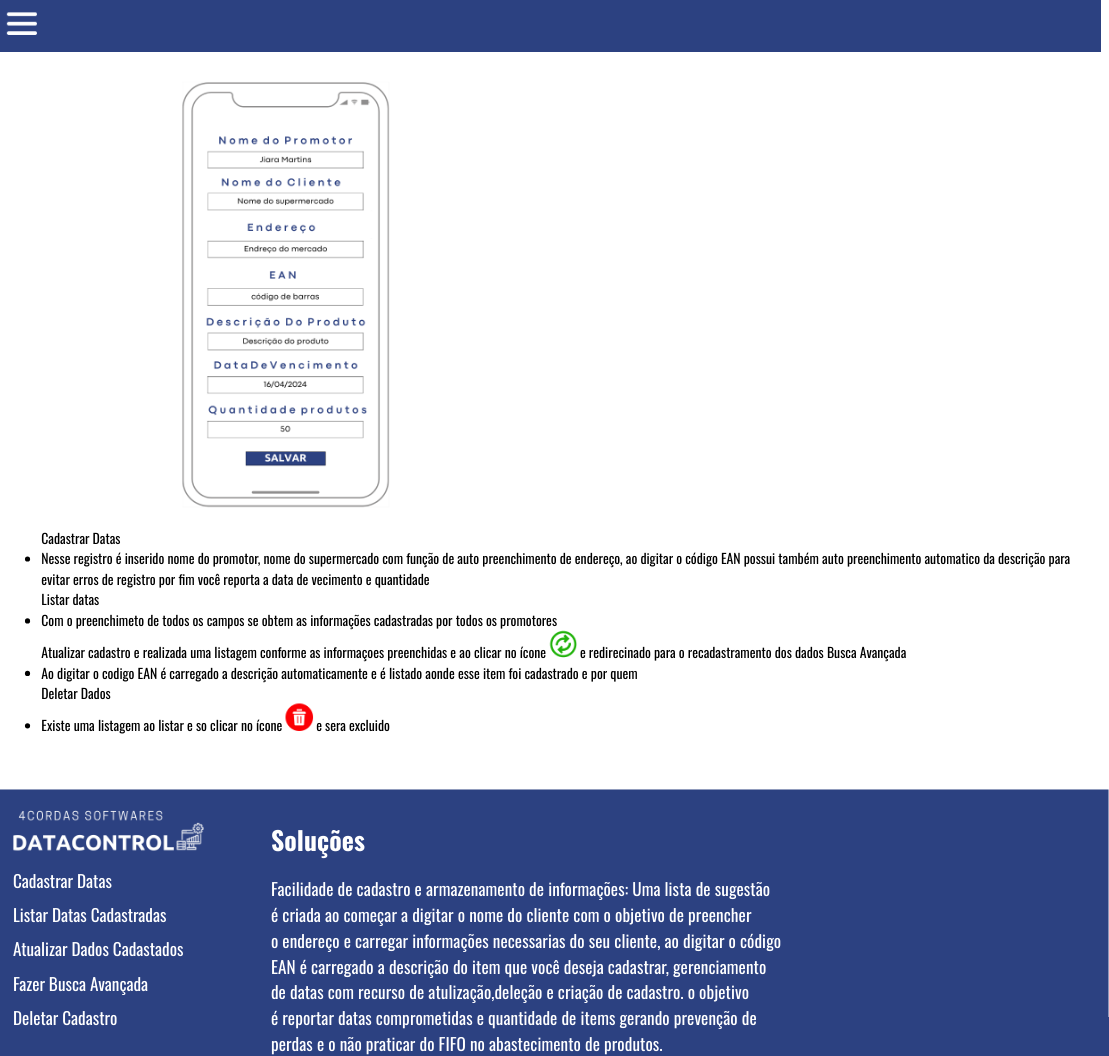
Repository: alfredo-allan/ControleDeDatasFrontEnd
Page: index.html
These files come from the project's save history. The page is drawn as it stood at one moment and after the next save; the edit follows.
The browser window is 1280 px wide. The page is 1289 px wide, so the pictures cover 1289 px, including what lies to the right of the window. The pictures show the whole page, at 86% of full size.

Above is the page before, as saved 2024-04-30 14:24:13.
Console error: TypeError: Cannot read properties of null (reading 'addEventListener')

### index.html
<!DOCTYPE html>
<html lang="pt-BR">
  <head>
    <meta charset="UTF-8" />
    <meta name="viewport" content="width=device-width, initial-scale=1.0" />
    <link rel="stylesheet" href="./style/style.css" />
    <link rel="preconnect" href="https://fonts.googleapis.com" />
    <link rel="preconnect" href="https://fonts.gstatic.com" crossorigin />
    <link
      href="https://fonts.googleapis.com/css2?family=Oswald:wght@200..700&display=swap"
      rel="stylesheet"
    />
    <title>Controle de Datas</title>
  </head>
  <body>
    <div class="header">
      <div id="menu-icon">
        <img id="icon-menu" src="./images/barra-de-menu.png" alt="" />
      </div>
      <div id="titulo">
        <!-- <h1>Controle De Datas</h1> -->
      </div>
      <div id="menu-options">
        <ul>
          <!-- <img id="usuario" src="./images/usuario-exemplo.jpg" alt="" /> -->
          <a href="pages/cadastro.html"><li>Cadastrar Datas</li></a>
          <a href="pages/listagem.html"><li>Listar Datas</li></a>
          <a href="pages/atualizar.html"><li>Atualizar Cadastro</li></a>
          <a href="pages/buscaavancada.html"><li>Busca Avançada</li></a>
          <a href="pages/deletar.html"><li>Deletar Dados</li></a>
        </ul>
      </div>
    </div>
    <img id="instrucao" src="./images/CadastrarDatas.png" alt="">
    <div class="coluna">
    <ul>
      <span>Cadastrar Datas</span>
      <li>Nesse registro é inserido nome do promotor, nome do supermercado com função de auto preenchimento de endereço, ao digitar o código EAN possui também auto preenchimento automatico da descrição para evitar erros de registro por fim você reporta a data de vecimento e quantidade</li>
      <span>Listar datas</span>
      <li>Com o preenchimeto de todos os campos se  obtem as informações cadastradas por todos os promotores</li>
      <span>Atualizar cadastro e realizada uma listagem conforme as informaçoes preenchidas e ao clicar no ícone <img src="./images/repetir.png" alt=""> e redirecinado para o recadastramento dos dados</span>
      <span>Busca Avançada</span>
      <li>Ao digitar o codigo EAN é carregado a descrição automaticamente e é listado aonde esse item foi cadastrado e por quem</li>
      <span>Deletar Dados</span>
      <li>Existe uma listagem ao listar e so clicar no ícone <img src="./images/excluir.png" alt=""> e sera excluido</li>
    </ul>
    </div>
    </div>
    <div class="footer">
      <div id="mapa" class="col-sm-6">
        <img id="tootext" src="./images/data.png" alt="" />
        <ul id="mapadosite">
          <a href="./pages/cadastro.html"><li>Cadastrar Datas</li></a>
          <a href="./pages/listagem.html"><li>Listar Datas Cadastradas</li></a>
          <a href="./pages/atualizar.html"
            ><li>Atualizar Dados Cadastados</li></a
          >
          <a href="./pages/buscaavancada.html"><li>Fazer Busca Avançada</li></a>
          <a href="./pages/deletar.html"><li>Deletar Cadastro</li></a>
        </ul>
      </div>
      <div id="solucao" class="col-sm-6">
        <span>Soluções</span>
        <p>
          Facilidade de cadastro e armazenamento de informações: Uma lista de
          sugestão <br />
          é criada ao começar a digitar o nome do cliente com o objetivo de
          preencher <br />
          o endereço e carregar informações necessarias do seu cliente, ao
          digitar o código <br />
          EAN é carregado a descrição do item que você deseja cadastrar,
          gerenciamento <br />
          de datas com recurso de atulização,deleção e criação de cadastro. o
          objetivo <br />
          é reportar datas comprometidas e quantidade de items gerando prevenção
          de <br />
          perdas e o não praticar do FIFO no abastecimento de produtos.
        </p>
      </div>
    </div>
  </body>
  <script src="./js/script.js"></script>
</html>

### style/style.css
:root {
  --cor-azul: rgb(44, 65, 129);
  --oswald-font: "Oswald", sans-serif;
  --luthier-font: "Luthier";
}

body {
  font-family: var(--oswald-font);
}

@font-face {
  font-family: "Luthier";
  src: url("../fonts/LuthierFF/Luthier-Regular.ttf") format("truetype");
  /* Adicione mais formatos (e.g. woff, woff2) conforme necessário */
}

#titulo h1 {
  font-family: var(--luthier-font);
  letter-spacing: 3px;
  font-weight: 900;
  color: white;
  margin-top: -30px;
  margin-left: 55px;
}

.column {
  display: flex;
  flex-direction: column;
  align-items: center;
  padding: 10px 20px 15px 15px;
  border: 1px solid #ccc;
  border-radius: 5px;
  width: 300px;
  margin: 0 auto;
  span {
    font-weight: 900;
    font-family: var(--luthier-font);
    letter-spacing: 3px;
    margin-bottom: 10px;
    color: var(--cor-azul);
  }
}

#logo img {
  margin-top: 200px;
  width: 250px;
  margin-left: 50px;
}

#logo {
  h1 {
    text-align: center;
    text-wrap: nowrap;
    font-size: 25px;
    font-family: var(--oswald-font);
    font-weight: 900;
    letter-spacing: 2px;
    color: var(--cor-azul);
  }
}

#form {
  margin-top: 80px;
}

input {
  margin-bottom: 5px;
  padding: 5px;
  width: 100%;
  box-sizing: border-box;
  font-weight: 600;
  margin-bottom: 10px;
}

input::placeholder {
  text-align: center;
  color: gray;
  font-family: var(--oswald-font);
  font-weight: 400;
}

input:focus {
  outline-color: var(--cor-azul); /* Altere a cor aqui */
}

.header {
  position: fixed;
  top: 0;
  left: 0;
  width: 100%;
  height: 60px;
  background-color: var(--cor-azul);
}

#icon-menu {
  width: 35px;
  margin-top: 10px;
  z-index: 1;
  margin-left: 8px;
  cursor: pointer;
}

#menu-options ul {
  list-style: none;
  padding: 0;
  margin-left: 5px;
  font-size: 20px;
  font-weight: 500;
  text-wrap: nowrap;
  font-family: var(--oswald-font);
  z-index: 999;
}

#menu-options ul li {
  padding: 10px;
  letter-spacing: 2px;
  cursor: pointer;
  z-index: 999;
}

a {
  text-decoration: none; /* Remove sublinhado */
  color: inherit; /* Mantém a cor padrão do texto */
  /* Adicione quaisquer outros estilos desejados para o link */
}

#menu-options {
  display: none;
  position: absolute;
  top: 0;
  left: 0;
  margin-top: 60px;
  width: 55%;
  height: 41vh;
  border-bottom-right-radius: 15px;
  background-color: var(--cor-azul);
  color: white;
  font-family: var(--oswald-font);
  font-weight: 900;
  z-index: 999;
}

button {
  text-align: center;
  width: 110px;
  height: 30px;
  padding: 6px 30px;
  background-color: rgba(44, 65, 129, 0.897);
  border-radius: 5px;
  color: white;
  border: none;
  border-radius: 5px;
  cursor: pointer;
  font-family: var(--oswald-font);
}

button:focus {
  outline: 2px solid var(--cor-azul);
}

.footer {
  width: 102%;
  position: relative;
  margin-top: 5%;
  margin-left: -8px;
  margin-bottom: -20px;
  background-color: var(--cor-azul);
}

.footer img {
  width: 300px;
  height: 60px;
  margin-top: 2px;
  cursor: pointer;
  margin-left: 10px;
}

#autocomplete-list-id {
  background-color: #f1f1f1;
  border: 1px solid #d4d4d4;
  color: var(--cor-azul);
  border-top: none;
  max-height: 200px;
  overflow-y: auto;
  position: absolute;
  /* z-index: 999; */
  margin-top: -10px;
  margin-left: 60px;
}

.autocomplete-items div {
  padding: 10px;
  cursor: pointer;
  background-color: #fff;
  border-bottom: 1px solid #d4d4d4;
}

.autocomplete-items div:hover {
  background-color: #e9e9e9;
}

.autocomplete-items div strong {
  font-weight: bold;
}

#data-list {
  margin: 0 auto;
  left: 50%;
  transform: translateX(-50%);
  margin: 0 auto;
  left: 50%;
  top: 60%;
  transform: translate(-50%, -50%);
  /* border: 1px solid var(--cor-azul); */
  color: var(--cor-azul);
  border-radius: 5px;
  max-height: 330px;
  overflow-y: auto;
  position: absolute;
  z-index: -1;
  margin-top: 110px;
  margin-left: 0px;
  width: 336px;
  list-style: none;
  .name {
    font-family: var(--oswald-font);
    font-weight: 900;
    font-size: 17px;
  }
  .item {
    font-family: var(--oswald-font);
    font-weight: 500;
    font-size: 15;
    color: rgb(0, 0, 0);
  }
}

/* #promotor {
  line-height: 60px;
} */

#data-list {
  /* Estilos do elemento #data-list */
  /* Defina outras propriedades conforme necessário */

  scrollbar-color: var(--cor-azul) var(--cor-azul); /* Cor da barra de rolagem e do fundo da barra */
}

#data-list::-webkit-scrollbar {
  width: 10px; /* Largura da barra de rolagem */
}

#data-list::-webkit-scrollbar-thumb {
  background-color: white; /* Cor da barra de rolagem */
  border-radius: 5px; /* Raio de borda da barra de rolagem */
}

#texto-descritivo {
  text-align: justify;
  margin-top: 200px;
  position: fixed;
  font-family: var(--luthier-font);
  letter-spacing: 3px;
  line-height: 2;
  margin-right: 8px;
  font-weight: 900;
  color: var(--cor-azul);
}

#del {
  width: 25px;
  margin: -4px;
  margin-left: 20px;
}

#atualizar {
  width: 25px;
  margin: -5px;
  margin-left: 20px;
}

.video {
  width: 100%;
  height: 100vh; /* Altura ocupando toda a tela */
}

.video video {
  position: fixed;
  top: 0;
  left: 0;
  width: 100%;
  height: 20%;
  object-fit: cover;
  margin-top: 52px;
}

.modal {
  display: none; /* Escondido por padrão */
  position: fixed;
  z-index: 1;
  left: 0;
  top: 0;
  width: 100%;
  height: 100%;
  overflow: auto;
  background-color: rgba(0, 0, 0, 0.4);
}

.modal-content {
  background-color: #fefefe;
  margin: 15% auto;
  padding: 20px;
  border: 2px solid #888;
  width: 80%;
  border-radius: 10px;
  p {
    text-align: center;
    font-family: var(--luthier-font);
    letter-spacing: 3px;
    font-weight: 600;
    color: var(--cor-azul);
  }
}

.close {
  color: #aaa;
  float: right;
  font-size: 28px;
  font-weight: bold;
}

.close:hover,
.close:focus {
  color: black;
  text-decoration: none;
  cursor: pointer;
}

#modalbtn {
  text-align: center;
}

#confirmButton {
  margin-right: 5px;
}

#tootext {
  margin-left: -40px;
  margin-top: 20px;
}

#mapadosite {
  font-family: var(--oswald-font);
  list-style: none;
  margin-top: 0px;
  line-height: 40px;
  text-align: left;
  margin-left: -25px;
  color: white;
  font-size: 20px;
}

#mapa {
  text-align: left;
}

#solucao {
  margin-top: -270px;
  margin-left: 315px;
  font-family: var(--oswald-font);
  letter-spacing: 0.1px;
  color: white;
  span {
    font-size: 30px;
    font-weight: 900;
  }
  p {
    font-size: 20px;
    text-align: left;
  }
}

@media (min-width: 310px) and (max-width: 580px) {
  #solucao {
    margin-top: -10px;
    margin-left: -200px;
    text-align: center;
  }
}

@media (min-width: 310px) and (max-width: 580px) {
  #solucao span {
    margin-left: -30px;
  }
}

@media (min-width: 310px) and (max-width: 580px) {
  #solucao p {
    font-size: 20px;
    text-align: left;
    margin-left: 215px;
  }
}

@media (min-width: 310px) and (max-width: 580px) {
  .footer {
    margin-top: 20%;
    position: absolute;
    margin-left: -8px;
    width: 100%;
    margin-bottom: 0px;
  }
}

.footer_pg {
  position: fixed;
  left: 0;
  bottom: 0;
  width: 100%;
  height: 60px;
  background-color: var(--cor-azul);
}

@media (min-width: 310px) and (max-width: 580px) {
  .footer_pg img {
    margin-left: auto;
    margin-right: auto;
    display: block;
  }
}

#instrucao {
  margin-top: 80px;
  width: 250px;
  margin-left: 200px;
}

@media (min-width: 500px) and (max-width: 1200px) {
  #instrucao {
    margin-left: 20px;
  }
}

### js/script.js
document.addEventListener("DOMContentLoaded", function () {
  carregarDados();

  document
    .getElementById("data-vencimento")
    .addEventListener("input", formatarData);

  document.getElementById("ean").addEventListener("input", function () {
    var eanSelecionado = document.getElementById("ean").value;
    preencherDescricaoPorEAN(eanSelecionado);
  });
});

function formatarData() {
  let inputData = document.getElementById("data-vencimento").value;

  let dataFormatada = inputData.replace(/^(\d{2})(\d{2})(\d{2})$/, "$1/$2/$3");

  document.getElementById("data-vencimento").value = dataFormatada;
}

function preencherDescricaoPorEAN(ean) {
  fetch("../frutap.json")
    .then((response) => response.json())
    .then((data) => {
      const mercados = data.mercados;

      for (let mercado of mercados) {
        const produto = mercado.produtos.find(
          (produto) => produto.codigoEAN === ean
        );
        if (produto) {
          document.getElementById("descricao-produto").value =
            produto.descricao;
          return; // Encerra o loop assim que encontrar o produto correspondente
        }
      }

      // Se não encontrou nenhum produto com o código EAN correspondente
      document.getElementById("descricao-produto").value =
        "Produto não encontrado";
    })
    .catch((error) => {
      console.error("Erro ao carregar os dados do arquivo JSON:", error);
    });
}

function carregarDados() {
  fetch("../frutap.json")
    .then((response) => {
      if (response.ok) {
        return response.json();
      } else {
        throw new Error("Erro ao carregar os dados");
      }
    })
    .then((data) => {
      if (data && data.mercados) {
        const mercados = data.mercados.map((mercado) => mercado.nome);
        const codigosEAN = data.mercados.map((mercado) => mercado.codigoEAN);
        const enderecos = data.mercados.map((mercado) => mercado.endereco);

        autocomplete(document.getElementById("nome-cliente"), mercados, data);
        autocomplete(document.getElementById("ean"), codigosEAN);
        autocomplete(
          document.getElementById("endereco-cliente"),
          enderecos,
          data
        );
      } else {
        console.error("Formato de dados inválido");
      }
    })
    .catch((error) => {
      console.error("Erro ao carregar os dados do arquivo JSON:", error);
    });
}
function autocomplete(inp, arr, data) {
  var currentFocus;

  inp.addEventListener("input", function (e) {
    var a,
      b,
      i,
      val = this.value;
    closeAllLists();
    if (!val) {
      return false;
    }
    currentFocus = -1;
    a = document.createElement("DIV");
    a.setAttribute("id", "autocomplete-list-id");
    a.setAttribute("class", "autocomplete-items");
    this.parentNode.appendChild(a);
    for (i = 0; i < arr.length; i++) {
      if (
        arr[i] &&
        arr[i].substr(0, val.length).toUpperCase() == val.toUpperCase()
      ) {
        b = document.createElement("DIV");
        b.innerHTML = "<strong>" + arr[i].substr(0, val.length) + "</strong>";
        b.innerHTML += arr[i].substr(val.length);
        b.innerHTML += "<input type='hidden' value='" + arr[i] + "'>";
        b.addEventListener("click", function (e) {
          inp.value = this.getElementsByTagName("input")[0].value;
          closeAllLists();
          // Preencher o campo de Endereço do mercado ao selecionar o nome do mercado
          var selectedMarket = this.getElementsByTagName("input")[0].value;
          var mercadoSelecionado = data.mercados.find(
            (mercado) => mercado.nome === selectedMarket
          );
          if (mercadoSelecionado) {
            var enderecoCompleto =
              mercadoSelecionado.endereco.rua +
              ", " +
              mercadoSelecionado.endereco.bairro +
              ", " +
              mercadoSelecionado.endereco.cidade +
              ", " +
              mercadoSelecionado.endereco.estado;
            document.getElementById("endereco-cliente").value =
              enderecoCompleto;
          }
        });
        a.appendChild(b);
      }
    }
  });

  function closeAllLists(elmnt) {
    var x = document.getElementsByClassName("autocomplete-items");
    for (var i = 0; i < x.length; i++) {
      if (elmnt != x[i] && elmnt != inp) {
        x[i].parentNode.removeChild(x[i]);
      }
    }
  }

  document.addEventListener("click", function (e) {
    closeAllLists(e.target);
  });
}

const menuIcon = document.getElementById("menu-icon");
const menuOptions = document.getElementById("menu-options");

menuIcon.addEventListener("click", function () {
  if (menuOptions.style.display === "none") {
    menuOptions.style.display = "block";
  } else {
    menuOptions.style.display = "none";
  }
});

document.getElementById("btn-salvar").addEventListener("click", function () {
  const nomePromotor = document.getElementById("nome-promotor").value;
  const nomeCliente = document.getElementById("nome-cliente").value;
  const enderecoCliente = document.getElementById("endereco-cliente").value;
  const ean = document.getElementById("ean").value;
  const descricaoProduto = document.getElementById("descricao-produto").value;
  const dataVencimento = document.getElementById("data-vencimento").value;
  const quantidadeProdutos = document.getElementById(
    "quantidade-produtos"
  ).value;

  fetch("https://v1controledatas.pythonanywhere.com/salvar-dados", {
    method: "POST",
    headers: {
      "Content-Type": "application/json",
    },
    body: JSON.stringify({
      nomePromotor: nomePromotor,
      nomeCliente: nomeCliente,
      enderecoCliente: enderecoCliente,
      ean: ean,
      descricaoProduto: descricaoProduto,
      dataVencimento: dataVencimento,
      quantidadeProdutos: quantidadeProdutos,
    }),
  })
    .then((response) => {
      if (response.ok) {
        // alert("Dados salvos com sucesso!");
      } else {
        throw new Error("Erro ao salvar os dados");
      }
    })
    .catch((error) => {
      console.error("Erro ao salvar os dados:", error);
    });
});

// Selecionando o botão de fechar e o modal

Loaded but not shown: frutap.json (455 lines, source omitted)

After the next save:
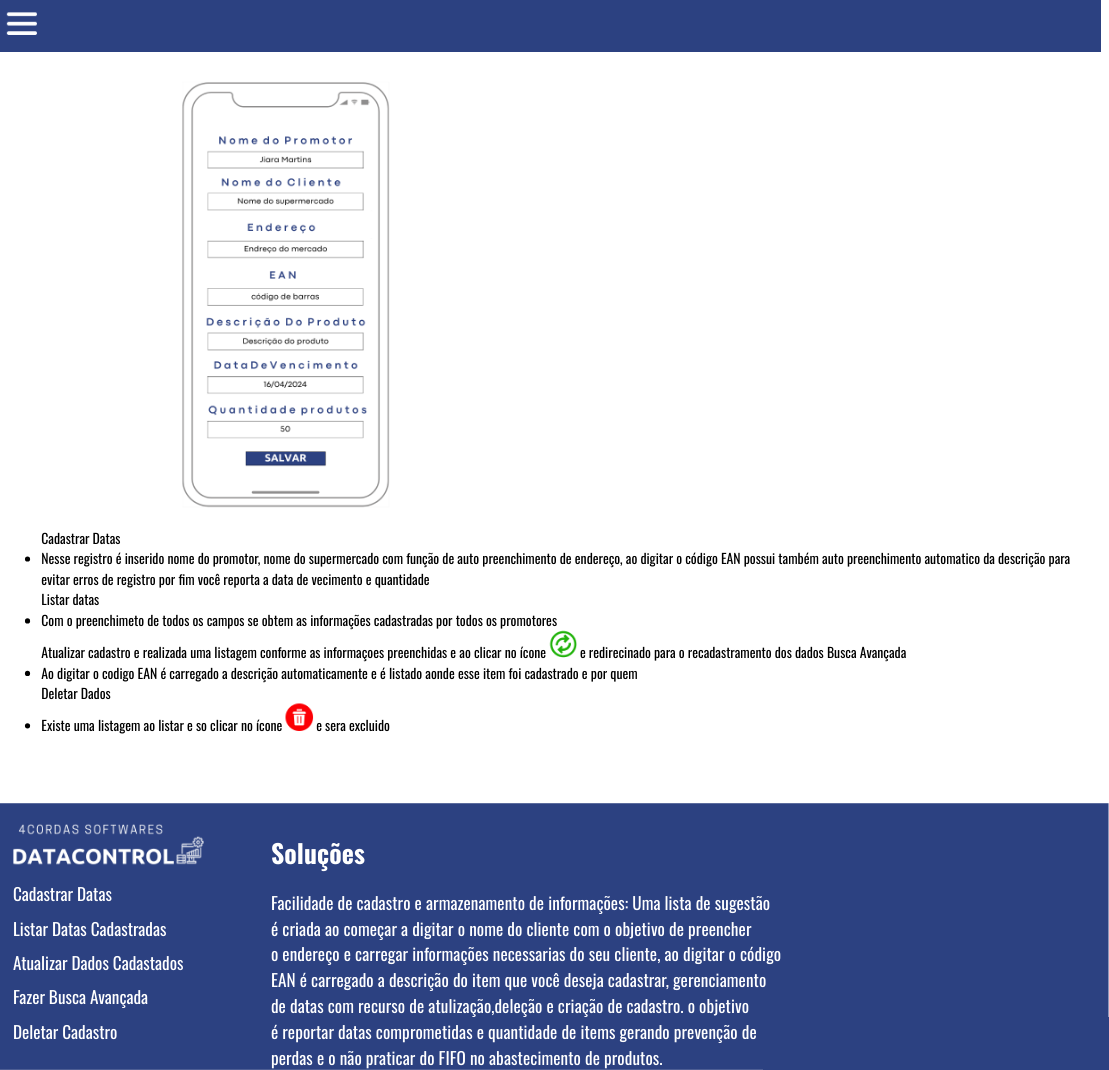
Saved 21 s later.
--- a/style/style.css
+++ b/style/style.css
@@ -440,3 +440,9 @@ button:focus {
     margin-left: 20px;
   }
 }
+
+.coluna {
+  display: flex;
+  flex-direction: column;
+  justify-content: center;
+}
